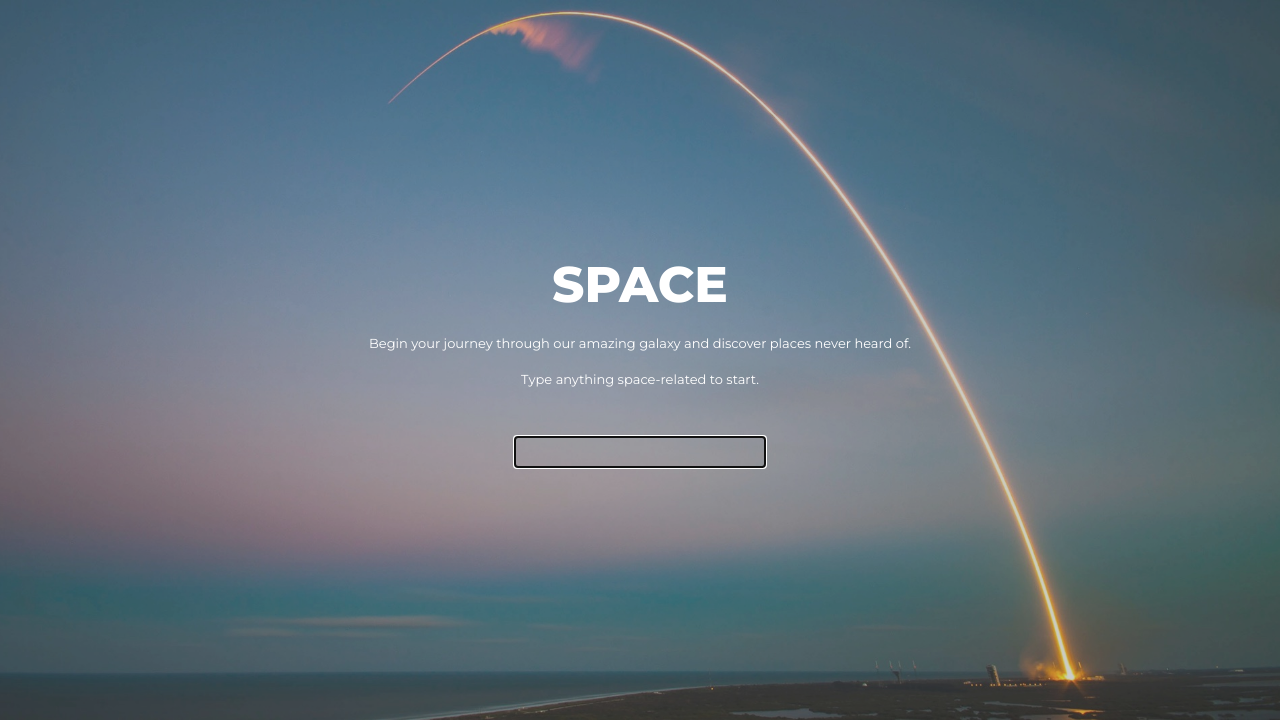
Repository: pmor80/spacer
Page: /
The author's editor kept a copy of each file at every save. The page is drawn from the files as they stood at one save, then again after the next save.
The browser window is 1280 px wide. The pictures show the whole page.
The first visible `input` has the focus.
The project was rebuilt for these pictures with package versions that can differ from the ones it lists, and the page was loaded fresh each time.

Above is the page before, as saved 2019-07-02 16:02:30.

### public/index.html
<!DOCTYPE html>
<html lang="en">
  <head>
    <meta charset="utf-8">
    <meta http-equiv="X-UA-Compatible" content="IE=edge">
    <meta name="viewport" content="width=device-width,initial-scale=1.0">
    <link rel="icon" href="<%= BASE_URL %>favicon.ico">
    <title>spacer</title>
  </head>
  <body>
    <noscript>
      <strong>We're sorry but spacer doesn't work properly without JavaScript enabled. Please enable it to continue.</strong>
    </noscript>
    <div id="app"></div>
    <!-- built files will be auto injected -->
  </body>
</html>

### src/main.js
import Vue from 'vue';
import App from './App.vue';

Vue.config.productionTip = false;

new Vue({
  render: h => h(App),
}).$mount('#app');

### src/App.vue
<template>
  <div class="wrapper">
    <HeroImage />
    <Claim />
    <SearchInput />
  </div>
</template>

<script>
import axios from "axios";
import debounce from "lodash.debounce";
import Claim from "@/components/Claim.vue";
import SearchInput from "@/components/SearchInput.vue";
import HeroImage from "@/components/HeroImage.vue";

const API = "https://images-api.nasa.gov/search";

export default {
  name: "App",
  components: {
    HeroImage,
    Claim,
    SearchInput
  },
  data() {
    return {
      searchValue: "",
      results: []
    };
  },
  methods: {
    handleInput: debounce(function() {
      axios
        .get(`${API}?q=${this.searchValue}&media_type=image`)
        .then(response => {
          this.results = response.data.collection.items;
        })
        .catch(err => {
          console.log(err);
        });
    }, 500)
  }
};
</script>

<style lang="scss">
@import url("https://fonts.googleapis.com/css?family=Montserrat:300,400,600,800");

* {
  box-sizing: border-box;
}

body {
  font-family: "Montserrat", sans-serif;
  margin: 0;
  padding: 0;
}

.wrapper {
  margin: 0;
  padding: 30px;
  width: 100%;
  min-height: 100vh;
  display: flex;
  flex-direction: column;
  align-items: center;
  justify-content: center;
}
</style>

### src/components/Claim.vue
<template>
  <div class="claimWrapper">
    <h1 class="claim">SPACE</h1>
    <p
      class="subclaim"
    >Begin your journey through our amazing galaxy and discover places never heard of.</p>
    <p class="subclaim">Type anything space-related to start.</p>
  </div>
</template>

<script>
export default {
  name: "Claim"
};
</script>

<style lang="scss" scoped>
.claimWrapper {
  display: flex;
  flex-direction: column;
  justify-content: center;
  align-items: center;
  text-align: center;
  color: #fff;
}
.claim {
  font-size: 50px;
  margin: 0;
}

.subclaim {
  margin: 20px 0 0 0;
  font-size: 13px;
}
</style>

### src/components/SearchInput.vue
<template>
  <div class="searchWrapper">
    <input id="search" name="search" v-model="searchValue" @input="handleInput" />
  </div>
</template>

<script>
export default {
  name: "SearchInput"
};
</script>

<style lang="scss" scoped>
.searchWrapper {
  margin: 50px 0 0 0;
  display: flex;
  flex-direction: column;
  width: 250px;

  input {
    height: 30px;
    border: 0;
    background: none;
    border-bottom: 1px solid #fff;
  }
}
</style>

### src/components/HeroImage.vue
<template>
  <div class="heroImage"></div>
</template>

<script>
export default {
  name: "HeroImage"
};
</script>

<style lang="scss" scoped>
.heroImage {
  width: 100%;
  height: 100vh;
  position: fixed;
  top: 0;
  z-index: -1;
  justify-content: center;
  background-image: url("../assets/heroimage.jpg");
  background-repeat: no-repeat;
  background-size: cover;
  background-position: 80% 0%;
}
.heroImage::after {
  content: "";
  background: rgba(0, 0, 0, 0.2);
  position: absolute;
  top: 0;
  left: 0;
  z-index: 1;
  width: 100%;
  height: 100vh;
}
</style>

After the next save:
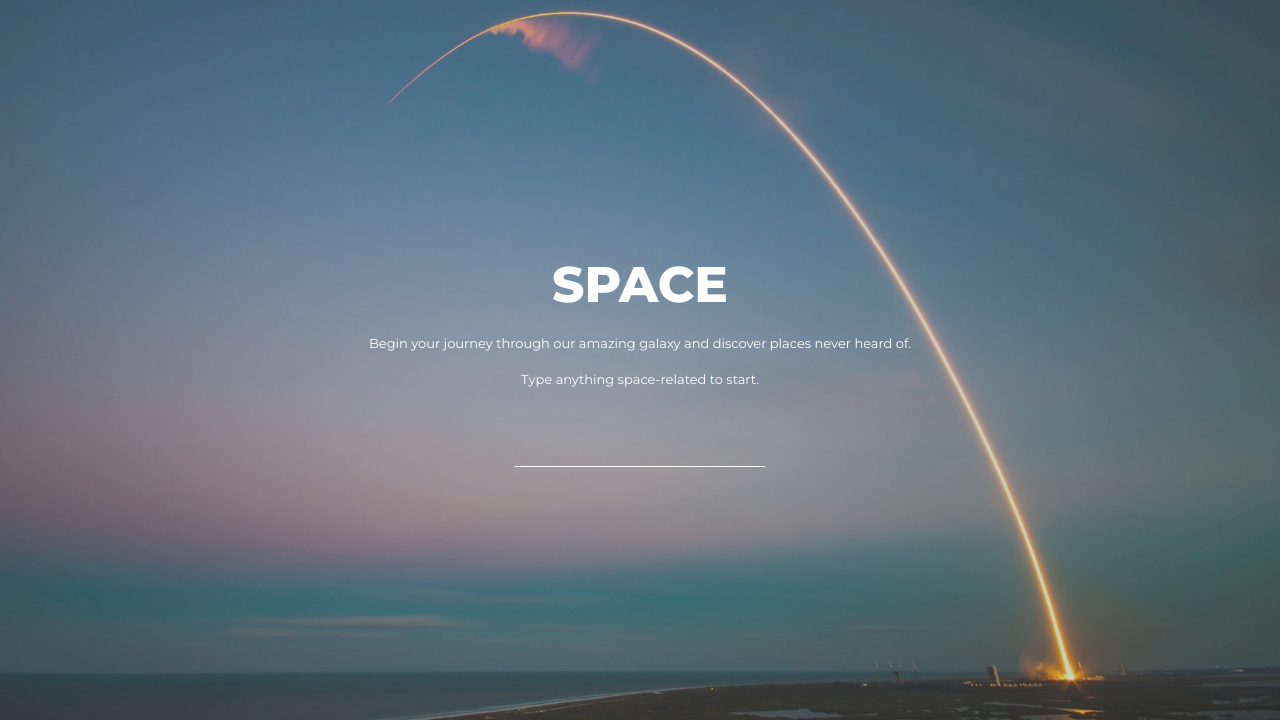
Saved 37 s later.
--- a/src/components/SearchInput.vue
+++ b/src/components/SearchInput.vue
@@ -23,5 +23,8 @@ export default {
     background: none;
     border-bottom: 1px solid #fff;
   }
+  input:focus {
+    outline: none;
+  }
 }
 </style>
